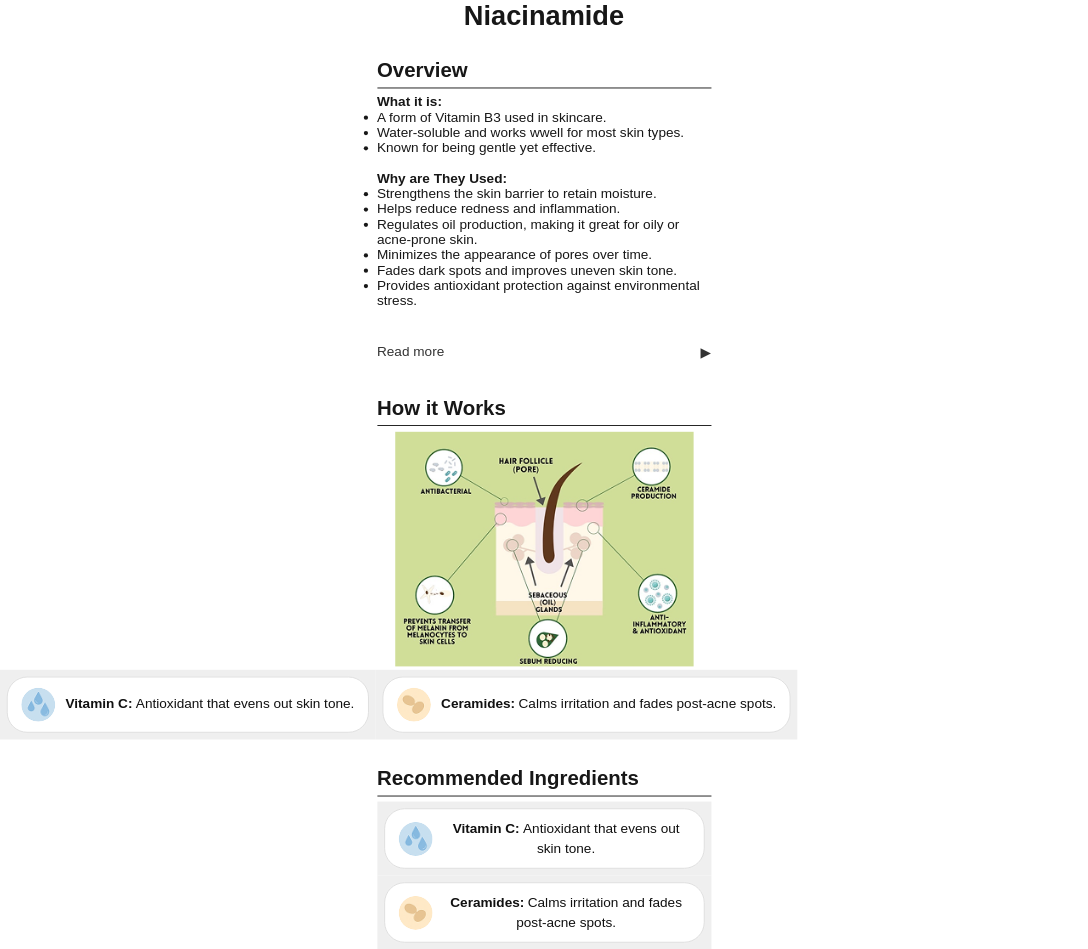
Repository: Esteb4ncd/DermaKnight_WebApp
Page: / (app in dermaknight/)
An editor plug-in stored every save of this project. The page is shown before and after a run of saves, followed by the edit.
The browser window is 1280 px wide. The pictures show the whole page, at 85% of full size.
The project was rebuilt for these pictures with package versions that can differ from the ones it lists, and the page was loaded fresh each time. The framework's server and built-in components were replaced by stand-ins that run in the browser. Also part of the build but not shown: dermaknight/next.config.mjs, dermaknight/app/page.module.css, dermaknight/app/ui/toggleDropdown/toggleDropdown.module.css.

Above is the page before, as saved 2025-05-12 13:45:06.

After the next 6 saves:
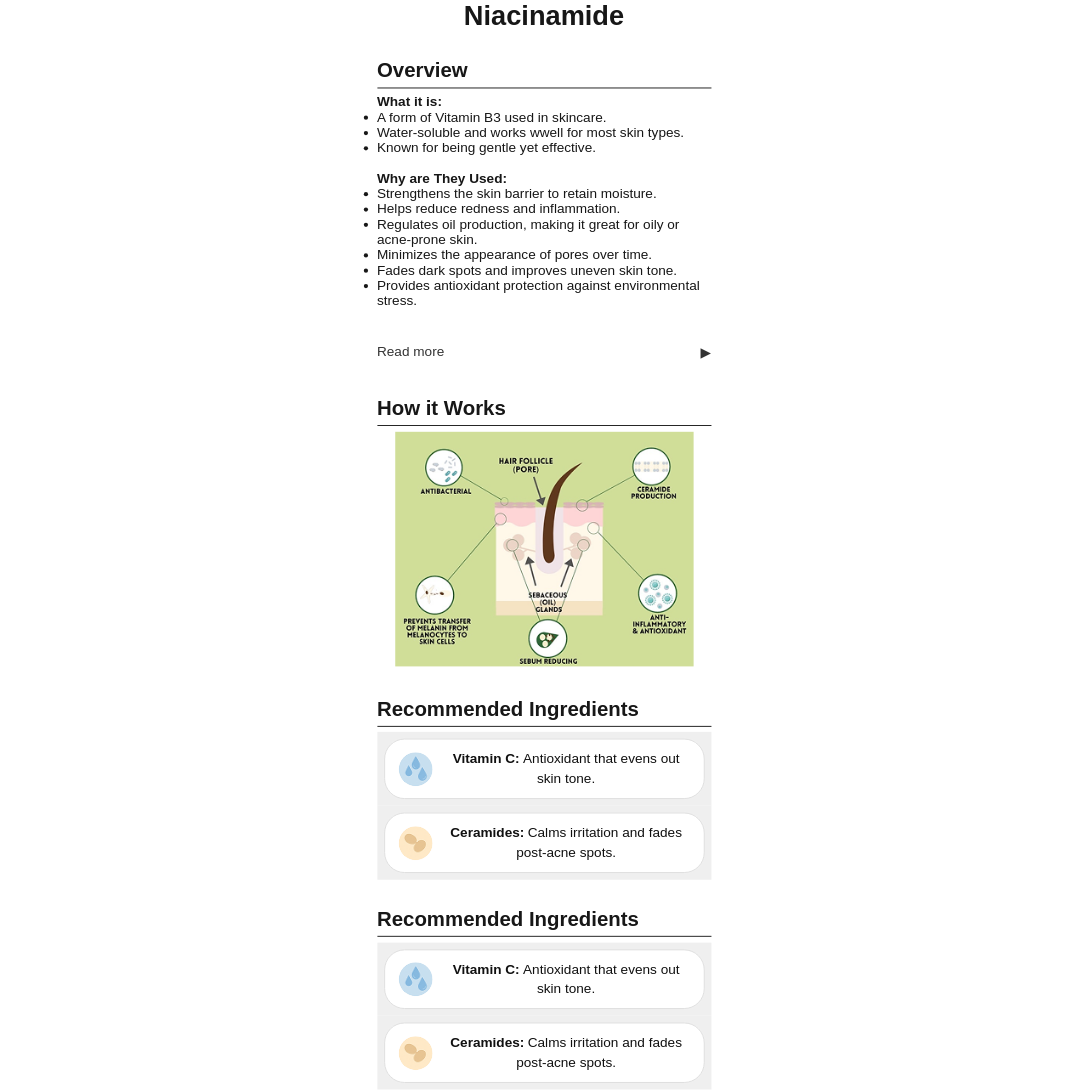
The 6 saves are shown as one change because 3 did not build or start and some came seconds apart.
The last was saved 34 s later.
--- a/dermaknight/app/page.js
+++ b/dermaknight/app/page.js
@@ -162,22 +162,10 @@ export default function Home() {
         <img src="/ingredients/niacinamide.png"></img>
         </section>
 
-{["Vitamin C", "Ceramides"].map((key) => {
-          const item = ingredients.find((i) => i.name.startsWith(key));
-            return (
-              <Ingredients
-                key={key}
-                image={item.image}
-                name={item.name}
-                description={item.description}
-                onClick={() => router.push(`/${key.toLowerCase().replace(/\s/g, '')}`)}
-              />
-          );
-        })}
 
         <section className={styles.authContainer}>
-        <h2 style={{ "text-align": "left" }}>Recommended Ingredients</h2>
-        <hr style={{ border: "none", borderTop: "1px solid black", margin: "0.4rem 0" }} />
+          <h2 style={{ "text-align": "left" }}>Recommended Ingredients</h2>
+          <hr style={{ border: "none", borderTop: "1px solid black", margin: "0.4rem 0" }} />
 
         {["Vitamin C", "Ceramides"].map((key) => {
           const item = ingredients.find((i) => i.name.startsWith(key));
@@ -193,6 +181,25 @@ export default function Home() {
         })}
 
         </section>
+
+        <section className={styles.authContainer}>
+        <h2 style={{ "text-align": "left" }}>Recommended Ingredients</h2>
+        <hr style={{ border: "none", borderTop: "1px solid black", margin: "0.4rem 0" }} />
+
+        {["Vitamin C", "Ceramides"].map((key) => {
+          const item = ingredients.find((i) => i.name.startsWith(key));
+            return (
+              <Ingredients
+                key={key}
+                image={item.image}
+                name={item.name}
+                description={item.description}
+                onClick={() => router.push(`/${key.toLowerCase().replace(/\s/g, '')}`)}
+              />
+          );
+        })}
+
+        </section>
       </main>
     </div>
   )
